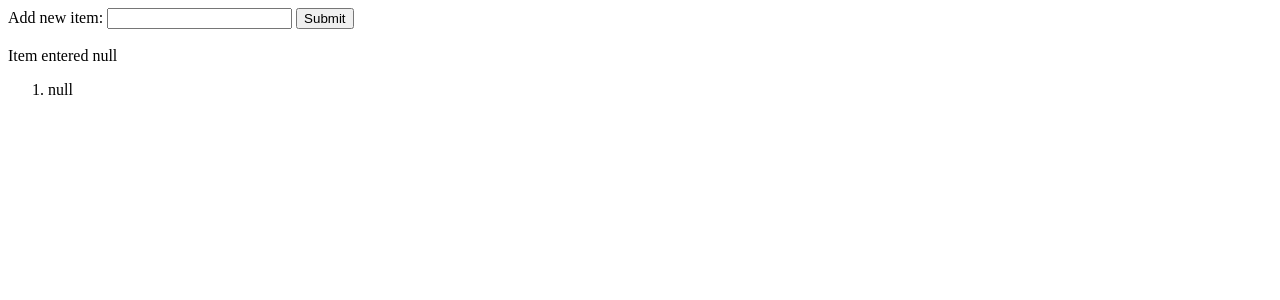
Repository: Gyepike/JSP
Page: http://localhost/JSPDemo/todo-demo.jsp
The author's editor kept a copy of each file at every save. The page is drawn from the files as they stood at one save, then again after the next save.
The browser window is 1280 px wide. The pictures show the whole page.
The page is served by Tomcat 9.

Above is the page before, as saved 2020-11-02 08:37:31.

After the next save:
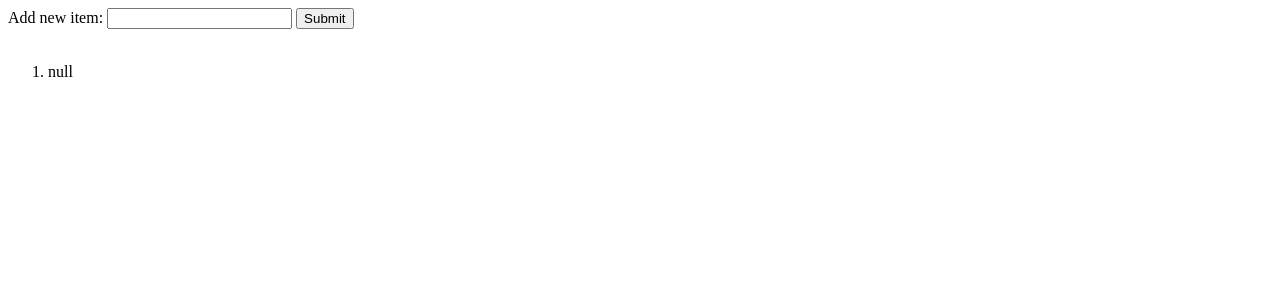
Saved 79 s later.
--- a/JSPDemo/WebContent/todo-demo.jsp
+++ b/JSPDemo/WebContent/todo-demo.jsp
@@ -13,7 +13,7 @@
    </form>
    <br/>
 
-   Item entered  <%= request.getParameter("theItem") %>
+
    <%
      List <String> items  = (List <String>) session.getAttribute("myToDoList");
 
